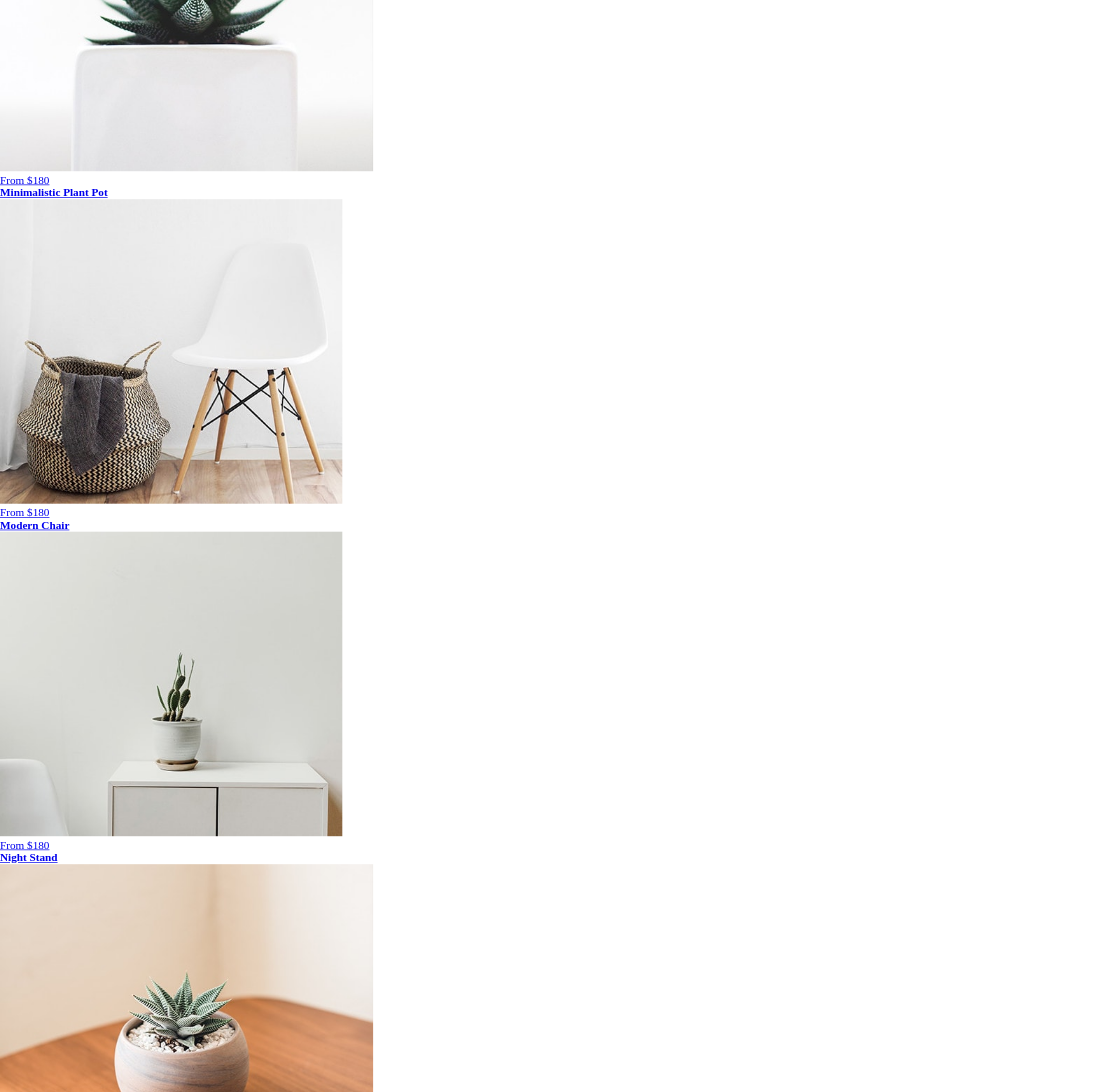
Repository: robbietaek/Java_Spring_Framework_Study
Page: http://localhost/team/WEB-INF/user/index.jsp
These files come from the project's save history. The page is drawn as it stood at one moment and after the next save; the edit follows.
The browser window is 1280 px wide. The page is 1583 px wide, so the pictures cover 1583 px, including what lies to the right of the window. The pictures show the part of the page from y = 1491 to 3051 px (the page is 5807 px tall before and 5813 px after), at 70% of full size.
The page is served by Tomcat 9. Nobody is signed in. Other server files are loaded and not shown. The template is opened directly, without the code that normally fills it, so the values that code supplies are empty.

Above is the page before, as saved 2019-12-29 11:33:32.
Console error: ReferenceError: $ is not defined

### team/src/main/webapp/WEB-INF/user/index.jsp
<%@ page language="java" contentType="text/html; charset=UTF-8"
	pageEncoding="UTF-8"%>
<!DOCTYPE html>
<html lang="en">

<head>
<title>안녕하세요</title>
<style type="text/css">
* {
	margin: 0px;
	padding: 0px;
}

.animation_canvas { /* 이미지 한개의 영역만 보여줌 */
	overflow: hidden; /* 영역 외부의 내용을 보여주지 않음 */
	position: relative;
	width: 1583px;
	height: 400px;
}
/* 이미지 5개가 보여지는 영역  */
.slider_panel {
	width: 7915px;
	position: relative;
}
/* 이미지 한개 보여지는 영역  */
.slider_image {
	float: left;
	width: 1583px;
	height: 400px;
}
/* 설명을 보여주는 영역*/
.slider_text_panel {
	position: absolute;
	top: 100px;
	left: 50px;
}
/* 설명의 내용 */
.slider_text {
	position: absolute;
	width: 250px;
	height: 150px;
}
/* 선택버튼의 영역*/
.control_panel {
	position: absolute;
	top: 380px;
	left: 791px;
	height: 13px;
	overflow: hidden;
}
/*선택버튼 이미지 */
.control_button {
	width: 12px;
	height: 46px;
	position: relative;
	float: left;
	cursor: pointer;
	background: url('../slide/point_button.png');
}
/* 마우스가 올라가게 되면  살짝 올라감*/
.control_button:hover {
	top: -16px;
}
/* 다시 돌아옴*/
.control_button.select {
	top: -31px;
}
</style>
<script type="text/javascript">
	$(function() {
		//버튼들 이벤트 등록
		$(".control_button").each(function(index) {
			$(this).attr("idx", index)
		}).click(function() {
			//$(this).attr('idx') : 클릭된 컴포넌트의 idx 속성 값 0~4
			var index = $(this).attr('idx');
			moveSlider(index);
		});
		//클릭과 상관없이 화면이 로드 된 경우 실행됨
		//처음에 몰아나오는 텍스트를 보이지 않도록 설정 + idx 속성 등록
		$('.slider_text').css("left", -300).each(function(index) {
			$(this).attr("idx", index)
		});
		moveSlider(0); //첫번째 이미지가 화면에 출력되도록
		var idx = 0;
		var inc = 1;
		setInterval(function() {
			if (idx >= 4) {
				inc = -1;
			}
			if (idx <= 0) {
				inc = 1;
			}
			idx += inc;
			moveSlider(idx);
		}, 5000);
	});

	function moveSlider(index) {
		var moveLeft = -(index * 1583);
		$('.slider_panel').animate({
			left : moveLeft
		}, 'slow');
		$('.control_button[idx=' + index + ']').addClass('select');
		$('.control_button[idx!=' + index + ']').removeClass('select');
		$('.slider_text[idx=' + index + ']').show().animate({
			left : 0
		}, 'slow');
		$('.slider_text[idx!=' + index + ']').hide('slow', function() {
			$(this).css('left', -300);
		});
	}
</script>
</head>
<body>
	<!-- Product Catagories Area Start -->
	<div class="products-catagories-area clearfix">
		<div class="animation_canvas">

			<div class="slider_panel">
				<img src="../slide/C1.png" class="slider_image" /> <img
					src="../slide/C2.jpg" class="slider_image" /> <img
					src="../slide/C3.png" class="slider_image" /> <img
					src="../slide/C4.jpg" class="slider_image" /> <img
					src="../slide/C5.jpg" class="slider_image" />
			</div>

			<div class="control_panel">
				<div class="control_button"></div>
				<div class="control_button"></div>
				<div class="control_button"></div>
				<div class="control_button"></div>
				<div class="control_button"></div>
			</div>
		</div>
		<div class="amado-pro-catagory clearfix">

			<!-- Single Catagory -->
			<div class="single-products-catagory clearfix">
				<a href="shop.html"> <img src="../img/bg-img/1.jpg" alt="">
					<!-- Hover Content -->
					<div class="hover-content">
						<div class="line"></div>
						<p>180,000</p>
						<h4>방송용 의자</h4>
					</div>
				</a>
			</div>

			<!-- Single Catagory -->
			<div class="single-products-catagory clearfix">
				<a href="shop.html"> <img src="../img/bg-img/2.jpg" alt="">
					<!-- Hover Content -->
					<div class="hover-content">
						<div class="line"></div>
						<p>From $180</p>
						<h4>Minimalistic Plant Pot</h4>
					</div>
				</a>
			</div>

			<!-- Single Catagory -->
			<div class="single-products-catagory clearfix">
				<a href="shop.html"> <img src="../img/bg-img/3.jpg" alt="">
					<!-- Hover Content -->
					<div class="hover-content">
						<div class="line"></div>
						<p>From $180</p>
						<h4>Modern Chair</h4>
					</div>
				</a>
			</div>

			<!-- Single Catagory -->
			<div class="single-products-catagory clearfix">
				<a href="shop.html"> <img src="../img/bg-img/4.jpg" alt="">
					<!-- Hover Content -->
					<div class="hover-content">
						<div class="line"></div>
						<p>From $180</p>
						<h4>Night Stand</h4>
					</div>
				</a>
			</div>

			<!-- Single Catagory -->
			<div class="single-products-catagory clearfix">
				<a href="shop.html"> <img src="../img/bg-img/5.jpg" alt="">
					<!-- Hover Content -->
					<div class="hover-content">
						<div class="line"></div>
						<p>From $18</p>
						<h4>Plant Pot</h4>
					</div>
				</a>
			</div>

			<!-- Single Catagory -->
			<div class="single-products-catagory clearfix">
				<a href="shop.html"> <img src="../img/bg-img/6.jpg" alt="">
					<!-- Hover Content -->
					<div class="hover-content">
						<div class="line"></div>
						<p>From $320</p>
						<h4>Small Table</h4>
					</div>
				</a>
			</div>

			<!-- Single Catagory -->
			<div class="single-products-catagory clearfix">
				<a href="shop.html"> <img src="../img/bg-img/7.jpg" alt="">
					<!-- Hover Content -->
					<div class="hover-content">
						<div class="line"></div>
						<p>From $318</p>
						<h4>Metallic Chair</h4>
					</div>
				</a>
			</div>

			<!-- Single Catagory -->
			<div class="single-products-catagory clearfix">
				<a href="shop.html"> <img src="img/bg-img/8.jpg" alt=""> <!-- Hover Content -->
					<div class="hover-content">
						<div class="line"></div>
						<p>From $318</p>
						<h4>Modern Rocking Chair</h4>
					</div>
				</a>
			</div>

			<!-- Single Catagory -->
			<div class="single-products-catagory clearfix">
				<a href="shop.html"> <img src="../img/bg-img/9.jpg" alt="">
					<!-- Hover Content -->
					<div class="hover-content">
						<div class="line"></div>
						<p>From $318</p>
						<h4>Home Deco</h4>
					</div>
				</a>
			</div>
		</div>
	</div>
	<!-- Product Catagories Area End -->
</body>

</html>

After the next save:
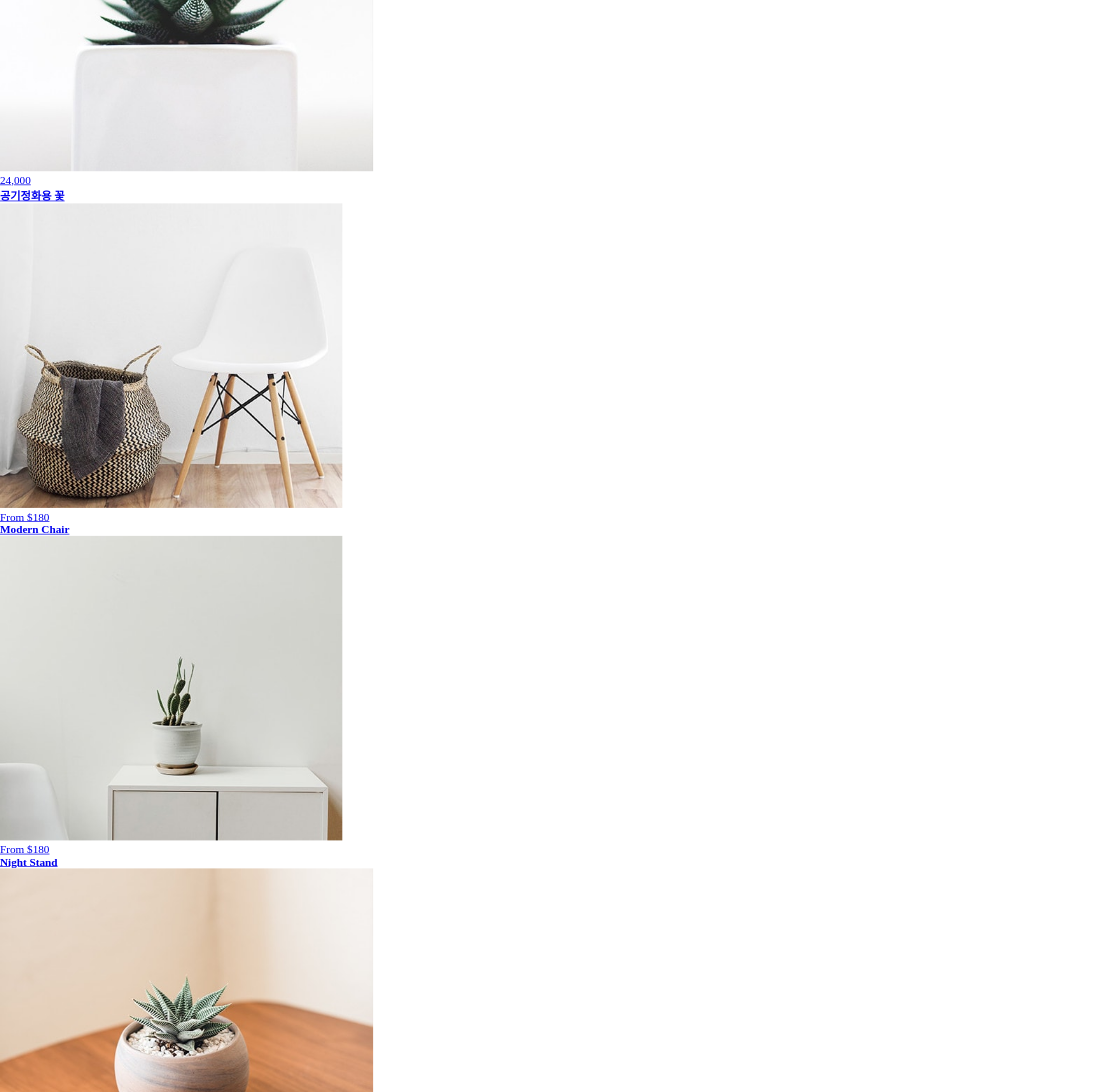
Saved 23 s later.
--- a/team/src/main/webapp/WEB-INF/user/index.jsp
+++ b/team/src/main/webapp/WEB-INF/user/index.jsp
@@ -153,8 +153,8 @@
 					<!-- Hover Content -->
 					<div class="hover-content">
 						<div class="line"></div>
-						<p>From $180</p>
-						<h4>Minimalistic Plant Pot</h4>
+						<p>24,000</p>
+						<h4>공기정화용 꽃</h4>
 					</div>
 				</a>
 			</div>
